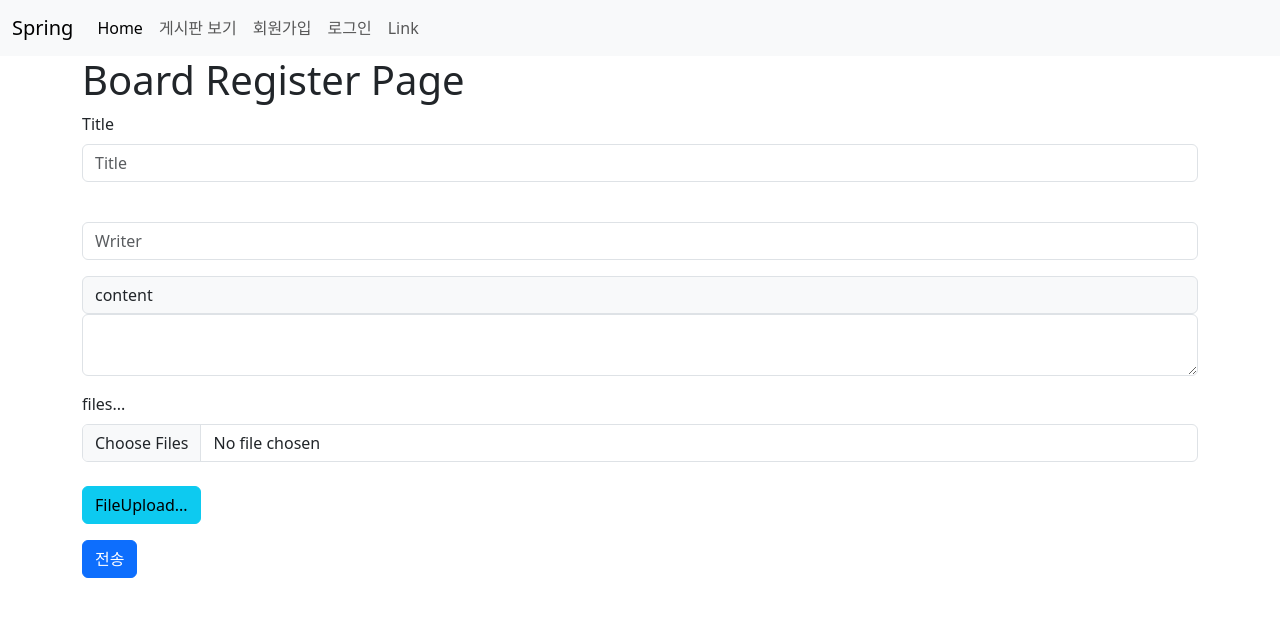
Repository: kimnoanoa/springTest240430
Page: http://localhost/spring_study/WEB-INF/views/board/register.jsp
The author's editor kept a copy of each file at every save. The page is drawn from the files as they stood at one save, then again after the next save.
The browser window is 1280 px wide. The pictures show the whole page.
The page is served by Tomcat 9. Nobody is signed in. The template is opened directly, without the code that normally fills it, so the values that code supplies are empty.

Above is the page before, as saved 2024-04-29 02:49:51.

### spring_study/src/main/webapp/WEB-INF/views/board/register.jsp
<%@ page language="java" contentType="text/html; charset=UTF-8"
   pageEncoding="UTF-8"%>


<jsp:include page="../layout/header.jsp"></jsp:include>
<div class="container-md">
   <h1>Board Register Page</h1>

   <form action="/board/insert" method="post"
      enctype="multipart/form-data">
      <div class="mb-3">
         <label for="formGroupExampleInput" class="form-label">Title</label> <input
            type="text" class="form-control" name="title" id="t"
            placeholder="Title">
      </div>
      <div class="mb-3">
         <label for="formGroupExampleInput" class="form-label">${ses.id }</label>
         <input type="text" class="form-control" name="writer" id="w"
            placeholder="Writer">
      </div>

      <div class="mb-3">
         <label class="input-group-text">content</label>
         <textarea class="form-control" name="content"
            aria-label="With textarea"></textarea>
      </div>
      <!--  파일 입력 라인 추가 -->
      <div class="mb-3">
         <label for="file" class="form-label">files...</label>
         <input type="file" class="form-control" name="files" id="file"  multiple="multiple" style ="dispaly : none"> <br>
         <button type="button" class="btn btn-info" id="trigger">FileUpload...</button>
      </div>

      <!-- 파일 목록 표시라인 -->

      <div class="mb-3" id="fileZone">

      </div>


      <button type="submit" class="btn btn-primary" id="regBtn">전송</button>
   </form>
</div>
<script type="text/javascript" src="/resources/js/boardRegister.js">

</script>

<jsp:include page="../layout/footer.jsp"></jsp:include>

### spring_study/src/main/webapp/WEB-INF/views/layout/header.jsp
<%@ page language="java" contentType="text/html; charset=UTF-8"
    pageEncoding="UTF-8"%>
    <%@ taglib uri="http://java.sun.com/jsp/jstl/core" prefix="c" %>
<!DOCTYPE html>
<html>
<head>
<meta charset="UTF-8">
<title>header.jsp</title>
<link href="https://cdn.jsdelivr.net/npm/bootstrap@5.3.3/dist/css/bootstrap.min.css" rel="stylesheet" integrity="sha384-QWTKZyjpPEjISv5WaRU9OFeRpok6YctnYmDr5pNlyT2bRjXh0JMhjY6hW+ALEwIH" crossorigin="anonymous">
<script src="https://cdn.jsdelivr.net/npm/bootstrap@5.3.3/dist/js/bootstrap.bundle.min.js" integrity="sha384-YvpcrYf0tY3lHB60NNkmXc5s9fDVZLESaAA55NDzOxhy9GkcIdslK1eN7N6jIeHz" crossorigin="anonymous"></script>
</head>
<body>
<nav class="navbar navbar-expand-lg bg-body-tertiary">
  <div class="container-fluid">
    <a class="navbar-brand" href="#">Spring</a>
    <button class="navbar-toggler" type="button" data-bs-toggle="collapse" data-bs-target="#navbarSupportedContent" aria-controls="navbarSupportedContent" aria-expanded="false" aria-label="Toggle navigation">
      <span class="navbar-toggler-icon"></span>
    </button>
    <div class="collapse navbar-collapse" id="navbarSupportedContent">
      <ul class="navbar-nav me-auto mb-2 mb-lg-0">
        <li class="nav-item">
          <a class="nav-link active" aria-current="page" href="/">Home</a>
        </li>
        <c:if test="${ses ne null }">
        <li class="nav-item">
          <a class="nav-link" href="/board/register">게시판 글쓰기</a>
        </li>
        </c:if>
        <li class="nav-item">
          <a class="nav-link" href="/board/list">게시판 보기</a>
        </li>
        <c:if test="${ses eq null }">
        <li class="nav-item">
          <a class="nav-link" href="/member/register">회원가입</a>
        </li>
        <li class="nav-item">
          <a class="nav-link" href="/member/login">로그인</a>
        </li>
        </c:if>
        <c:if test="${ses ne null }">
        <li class="nav-item">
          <a class="nav-link" href="/member/logout">로그아웃</a>
        </li>
        <li class="nav-item">
          <a class="nav-link" href="/member/modify">${ses.id }(${ses.email }) Welcome!!</a>
        </li>
        </c:if>
        <li class="nav-item">
          <a class="nav-link" href="http://www.google.com" target="_blank" >Link</a>
        </li>
      </ul>
    </div>
  </div>
</nav>

### spring_study/src/main/webapp/WEB-INF/views/layout/footer.jsp
<%@ page language="java" contentType="text/html; charset=UTF-8"
    pageEncoding="UTF-8"%>
<div>
<!-- 2024 Spring Project -->
</div>
</body>
</html>

### spring_study/src/main/webapp/resources/js/boardRegister.js
/**
 *
 */
console.log("sssssssss");

document.getElementById('trigger').addEventListener('click',()=>{
	document.getElementById('file').click();


});

//정규표현식을 사용하여 파일의 형식을 제한
// 실행파일 막기(exe, bat, sh,mis,dll,jar)
// 파일 사이즈 체크 (20M 사이즈보다 크면 막기)
// 이미지 파일만 올리기( jpg,jpeg,gif,png,bmp)

const regExp = new RegExp("\.(exe|sh|bat|mis|dll|jar)$");
const regExpImg = new RegExp("\.(jpg|jpeg|gif|png|bmo)$");
const maxSize = 1024*1024*20;

//Validation : 규칙설정
//return 0 /1
function fileValidation(name,fileSize){
    //apple.jpeg
    let fileName = name.toLowerCase(); //파일이름을 전부 소문자로 변경
    if(regExp.test(fileName)){ //파일확장자에 실행파일 확장자가 있다면

        return 0;
    }else if(fileSize > maxSize){
        return 0;
    }else if(!regExpImg.test(fileName)){
        return 0;
    }else{
        return 1;
    }

}

// 첨부파일에 따라 등록이 가능한지 체크함수

document.addEventListener('change',(e)=>{
    console.log(e.target);
    if(e.target.id ==='file'){
        //여러개의 파일이 배열로 들어옴
        const fileObject = document.getElementById('file').files;
        console.log("fileObject");

        // 한번 트루가 된 disabled는 다시 false로 돌아갈 수 없음 . 버튼활성화
        document.getElementById('regBtn').disabled = false;

        let div = document.getElementById('fileZone');
        div.innerHTML =''; //기존 등록한 파일이 있다면 지우기
        let ul = `<ul class="list-group">`;
        //각각의 파일은 fileValidation에 의해 리턴여부를체크
        // 모든 파일의 return 값이 1이어야 가능
        // * 로 isOk를 처리하여 모든파일이1인지 체크
        let isOk =1;
        for(let file of fileObject){
            let validResult = fileValidation(file.name,file.size); //한 파일에 대한 결과
            isOk *= validResult;
            ul+= `<li class="list-group-item">`;
            ul+= `<div>${validResult ? '업로드 가능':'업로드 불가능'}</div> ${file.name}`;
            ul+= `<span class="badge text-bg-${validResult ? 'success':'danger'}">${file.size}</span>`;
            ul+= `</li>`;
        }
        ul+= `</ul>`;
        div.innerHTML = ul;
        //업로드가 불가능한 파일이 1개라도 있으면 버튼을 비활성화
        if(isOk ==0){
            document.getElementById('regBtn').disabled =true;
        }
    }
})
/*
 <ul class="list-group">
 <li class="list-group-item"><div>업로드 가능</div> 파일이름
 <span class="badge text-bg-success">파일사이즈</span>
 </li>
  <li class="list-group-item"><div>업로드 불가능</div> 파일이름
  <span class="badge text-bg-danger">파일사이즈</span>
  </li>
 </ul>
*/

After the next save:
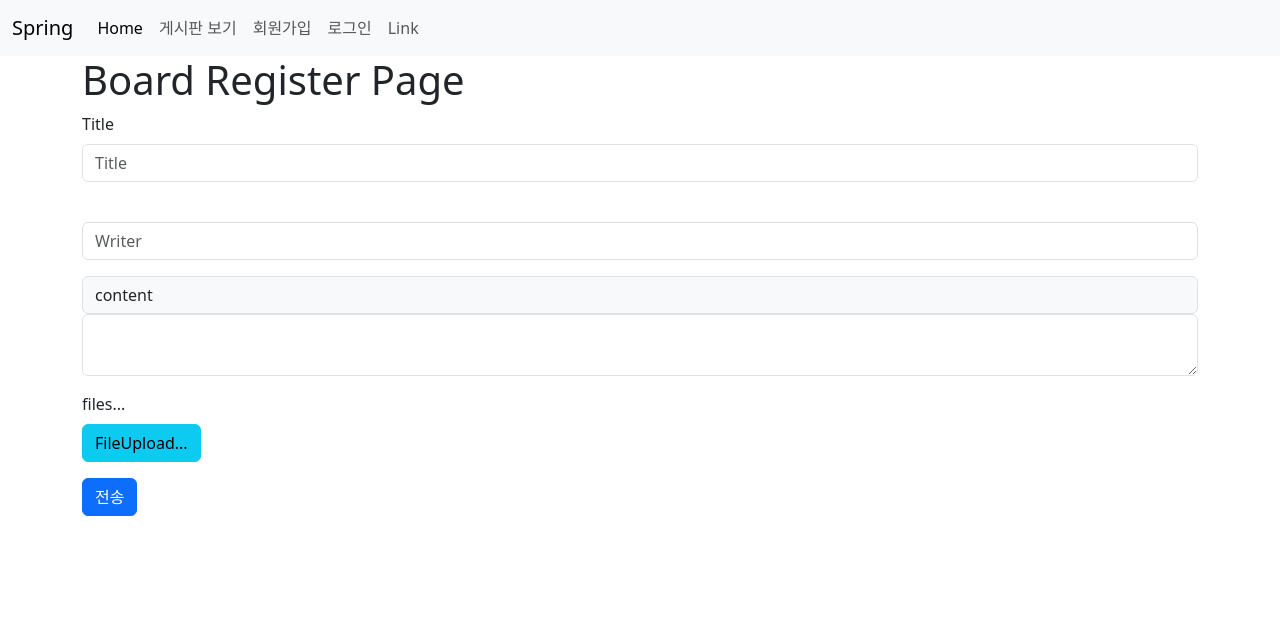
Saved 25 s later.
--- a/spring_study/src/main/webapp/WEB-INF/views/board/register.jsp
+++ b/spring_study/src/main/webapp/WEB-INF/views/board/register.jsp
@@ -27,7 +27,7 @@
       <!--  파일 입력 라인 추가 -->
       <div class="mb-3">
          <label for="file" class="form-label">files...</label>
-         <input type="file" class="form-control" name="files" id="file"  multiple="multiple" style ="dispaly : none"> <br>
+         <input type="file" class="form-control" name="files" id="file"  multiple="multiple" style ="display : none"> <br>
          <button type="button" class="btn btn-info" id="trigger">FileUpload...</button>
       </div>
 
